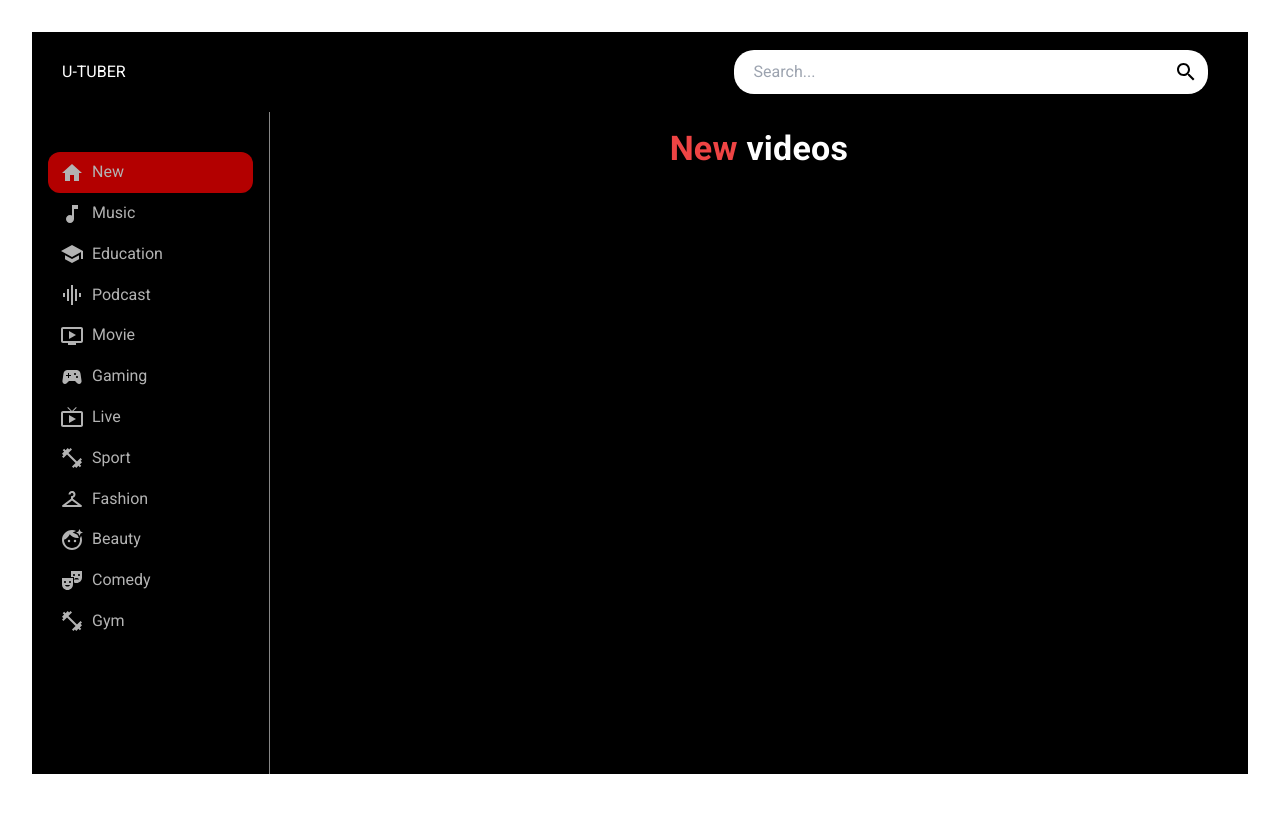
Repository: Nurlan-Bakenbaev/YoutubeClone
Page: /
An editor plug-in stored every save of this project. The page is shown before and after the next save, followed by the edit.
The browser window is 1280 px wide. The pictures show the whole page.
The page's requests for data from a server got no answer. The project was rebuilt for these pictures with package versions that can differ from the ones it lists, and the page was loaded fresh each time. No one was signed in, and anything a server would have sent is missing. Also part of the build but not shown: vite.config.js, src/components/VideoCard.jsx, src/components/ChannelCard.jsx, src/components/VideoDetails.jsx, src/components/SearchFeed.jsx, src/components/ChannelDetails.jsx.

Above is the page before, as saved 2023-09-08 15:28:28.

After the next save:
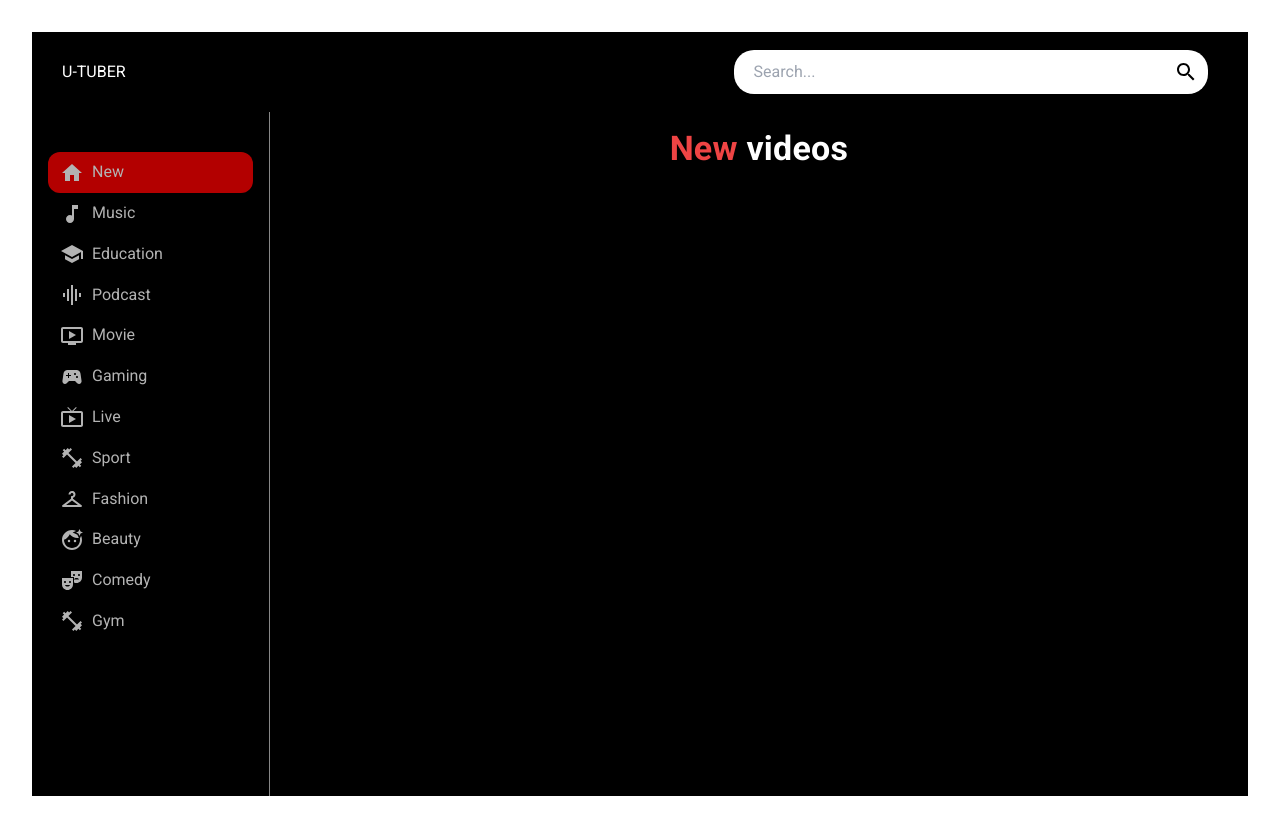
Saved 81 s later.
--- a/src/components/Feed.jsx
+++ b/src/components/Feed.jsx
@@ -16,7 +16,7 @@ const Feed = () => {
     <Stack sx={{ flexDirection: { sx: "column", md: "row" } }}>
       <Box
         sx={{
-          height: { sx: "auto", md: "92vh" },
+          height: { sx: "auto", md: "95vh" },
           borderRight: "1px solid #878787 ",
           px: { sx: 0, md: 2 },
         }}
